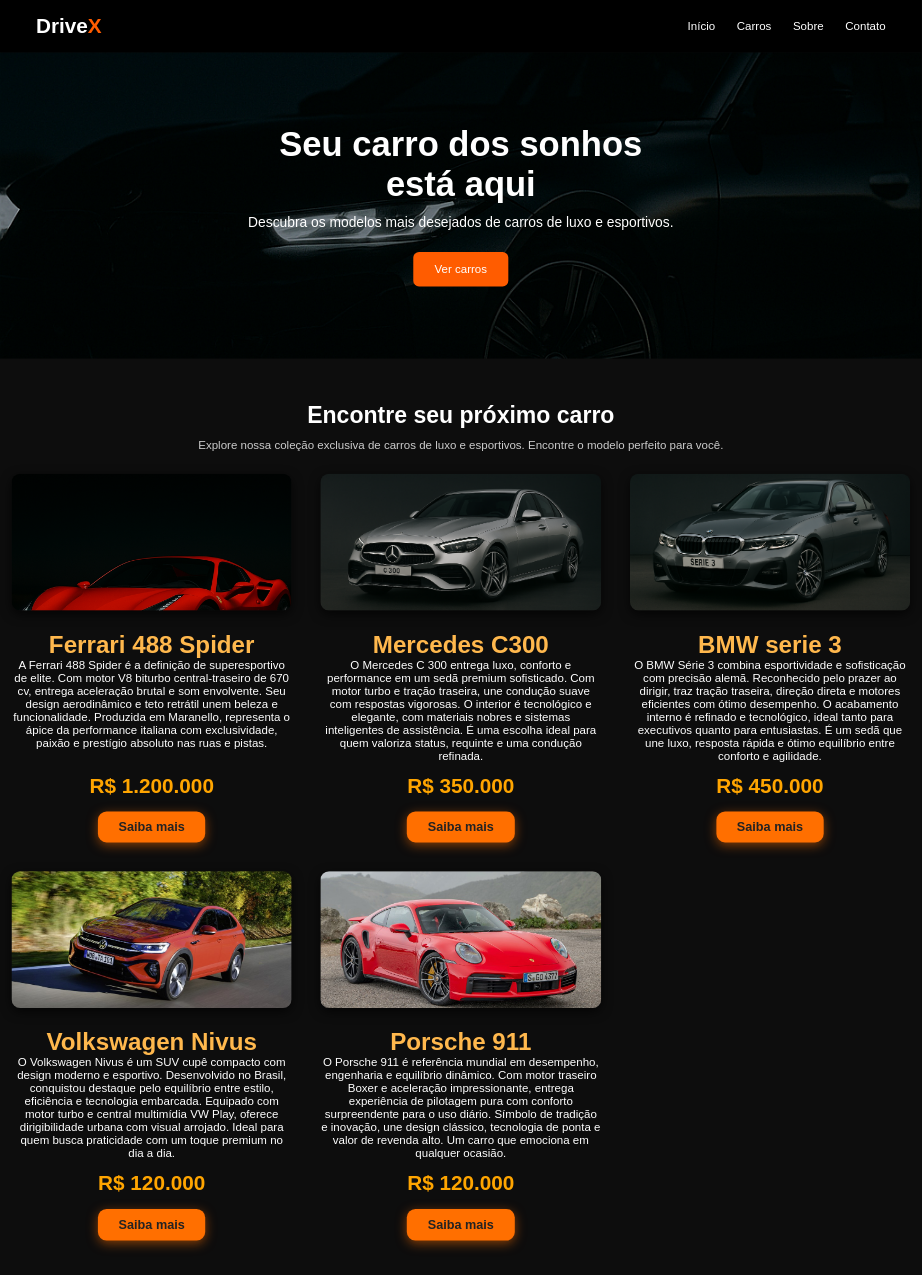
Repository: Mateushlp/DriveX
Page: index.html
The author's editor kept a copy of each file at every save. The page is drawn from the files as they stood at one save, then again after the next save.
The browser window is 1280 px wide. The pictures show the whole page, at 72% of full size.

Above is the page before, as saved 2025-06-23 22:23:23.

### index.html
<!DOCTYPE html>
<html lang="pt-br">
<head>
  <meta charset="UTF-8" />
  <meta name="viewport" content="width=device-width, initial-scale=1.0"/>
  <title>DriveX</title>
  <link rel="stylesheet" href="style.css" />
</head>
<body>
  <header>
    <div class="logo">Drive<span>X</span></div>
    <nav>
      <ul>
        <li><a href="#">Início</a></li>
        <li><a href="#">Carros</a></li>
        <li><a href="#">Sobre</a></li>
        <li><a href="#">Contato</a></li>
      </ul>
    </nav>
  </header>

  <section class="hero">
    <div class="hero-content">
      <h1>Seu carro dos sonhos<br>está aqui</h1>
      <p>Descubra os modelos mais desejados de carros de luxo e esportivos.</p>
      <button onclick="scrollToCars()">Ver carros</button>
    </div>
  </section>

  <section class="intro">
    <h2>Encontre seu próximo carro</h2>
    <p>Explore nossa coleção exclusiva de carros de luxo e esportivos. Encontre o modelo perfeito para você.</p>
  </section>

  <section id="carros" class="grid-carro">
    <div class="card-carro">
      <img src="./img/ferrari.png" alt="Ferrari 488 Spider" />
      <h3>Ferrari 488 Spider</h3>
      <p>A Ferrari 488 Spider é a definição de superesportivo de elite. Com motor V8 biturbo central-traseiro de 670 cv, entrega aceleração brutal e som envolvente. Seu design aerodinâmico e teto retrátil unem beleza e funcionalidade. Produzida em Maranello, representa o ápice da performance italiana com exclusividade, paixão e prestígio absoluto nas ruas e pistas.</p>
      <strong>R$ 1.200.000</strong>
      <button class="btn-detalhes" data-modelo="Ferrari 488 Spider">Saiba mais</button>
    </div>

    <div class="card-carro">
      <img src="./img/ChatGPT Image 19 de jun. de 2025, 23_14_08.png" alt="Mercedes C300" />
      <h3>Mercedes C300</h3>
      <p>O Mercedes C 300 entrega luxo, conforto e performance em um sedã premium sofisticado. Com motor turbo e tração traseira, une condução suave com respostas vigorosas. O interior é tecnológico e elegante, com materiais nobres e sistemas inteligentes de assistência. É uma escolha ideal para quem valoriza status, requinte e uma condução refinada.</p>
      <strong>R$ 350.000</strong>
      <button class="btn-detalhes" data-modelo="Mercedes C300">Saiba mais</button>
    </div>

    <div class="card-carro">
      <img src="./img/serie 3.png" alt="BMW serie 3" />
      <h3>BMW serie 3</h3>
      <p>O BMW Série 3 combina esportividade e sofisticação com precisão alemã. Reconhecido pelo prazer ao dirigir, traz tração traseira, direção direta e motores eficientes com ótimo desempenho. O acabamento interno é refinado e tecnológico, ideal tanto para executivos quanto para entusiastas. É um sedã que une luxo, resposta rápida e ótimo equilíbrio entre conforto e agilidade.</p>
      <strong>R$ 450.000</strong>
      <button class="btn-detalhes" data-modelo="BMW serie 3">Saiba mais</button>
    </div>

    <div class="card-carro">
      <img src="./img/nivus.jpg" alt="Volkswagen Nivus" />
      <h3>Volkswagen Nivus</h3>
      <p>O Volkswagen Nivus é um SUV cupê compacto com design moderno e esportivo. Desenvolvido no Brasil, conquistou destaque pelo equilíbrio entre estilo, eficiência e tecnologia embarcada. Equipado com motor turbo e central multimídia VW Play, oferece dirigibilidade urbana com visual arrojado. Ideal para quem busca praticidade com um toque premium no dia a dia.</p>
      <strong>R$ 120.000</strong>
      <button class="btn-detalhes" data-modelo="nivus">Saiba mais</button>
    </div>

    <div class="card-carro">
      <img src="./img/Porsche-911.jpg" alt="Porsche 911" />
      <h3>Porsche 911</h3>
      <p>O Porsche 911 é referência mundial em desempenho, engenharia e equilíbrio dinâmico. Com motor traseiro Boxer e aceleração impressionante, entrega experiência de pilotagem pura com conforto surpreendente para o uso diário. Símbolo de tradição e inovação, une design clássico, tecnologia de ponta e valor de revenda alto. Um carro que emociona em qualquer ocasião.</p>
      <strong>R$ 120.000</strong>
      <button class="btn-detalhes" data-modelo="911">Saiba mais</button>
    </div>
  </section>

  <div id="modal-detalhes" class="modal">
    <div class="modal-content">
      <span id="fechar-modal" class="fechar">&times;</span>
      <h2 id="titulo-modal"></h2>
      <img id="img-modal" src="" alt="" style="max-width: 100%; border-radius: 10px; margin-bottom: 1rem;" />
      <p id="descricao-modal"></p>
      <strong id="preco-modal"></strong>
    </div>
  </div>

  <script src="script.js"></script>
</body>
</html>

### style.css
* {
  margin: 0;
  padding: 0;
  box-sizing: border-box;
}

body {
  font-family: 'Arial', sans-serif;
  background-color: #0d0d0d;
  color: #fff;
}

header {
  display: flex;
  justify-content: space-between;
  align-items: center;
  padding: 20px 50px;
  background-color: #000;
}

.logo {
  font-size: 1.8rem;
  font-weight: bold;
}

.logo span {
  color: #ff5c00;
}

nav ul {
  list-style: none;
  display: flex;
  gap: 30px;
}

nav a {
  color: #fff;
  text-decoration: none;
  font-size: 1rem;
}

.hero {
  background-image: url('img/fundo carrodo sonho.png');
  background-size: cover;
  background-position: center;
  padding: 100px 20px;
  text-align: center;
}

.hero-content h1 {
  font-size: 3rem;
  font-weight: bold;
  margin-bottom: 15px;
}

.hero-content p {
  font-size: 1.2rem;
  margin-bottom: 30px;
}

.hero-content button {
  background-color: #ff5c00;
  border: none;
  padding: 15px 30px;
  font-size: 1rem;
  color: #fff;
  border-radius: 8px;
  cursor: pointer;
}

.intro {
  text-align: center;
  padding: 60px 20px 30px;
}

.intro h2 {
  font-size: 2rem;
  margin-bottom: 15px;
}

.intro p {
  font-size: 1rem;
  color: #ccc;
}

.grid-carro {
  display: grid;
  grid-template-columns: repeat(auto-fill, minmax(320px, 1fr));
  gap: 2.5rem;
  padding: 0 1rem 3rem;
  align-items: stretch; /* força as células da grid terem mesma altura */
}

/* Cards de carro */
.card-carro {
  display: flex;
  flex-direction: column;
  align-items: center;
  height: 100%; /* faz o card ocupar toda altura da célula */
}

.card-carro:hover {
  transform: translateY(-8px);
  box-shadow: 0 12px 35px rgba(255, 111, 0, 0.5);
}

.card-carro img {
  width: 100%;
  max-height: 190px; /* Limita a altura */
  object-fit: cover;
  border-radius: 12px;
  margin-bottom: 1.2rem;
  box-shadow: 0 5px 15px rgba(0,0,0,0.7);
}

.card-carro h3 {
  font-size: 2.1rem;
  color: #ffb84d;
  margin-top: 0.6rem;
  text-align: center;
}

.card-carro p {
  flex-grow: 1;
  text-align: center;
}

.card-carro strong {
  font-size: 1.8rem;
  color: #ffa500;
  margin: 1rem 0 1.2rem 0;
  font-weight: 900;
  text-align: center;
}

/* Botão Saiba Mais */
.btn-detalhes {
  background-color: #ff6f00;
  color: #222;
  border: none;
  padding: 0.7rem 1.8rem;
  border-radius: 12px;
  cursor: pointer;
  font-weight: 700;
  font-size: 1.1rem;
  transition: background-color 0.3s ease;
  box-shadow: 0 4px 15px rgba(255, 111, 0, 0.5);
}

.btn-detalhes:hover {
  background-color: #ff9100;
  box-shadow: 0 6px 22px rgba(255, 145, 0, 0.8);
}

/* Modal */
.modal {
  display: none;
  position: fixed;
  z-index: 9999;
  left: 0;
  top: 0;
  width: 100%;
  height: 100%;
  background-color: rgba(18, 18, 18, 0.85);
  justify-content: center;
  align-items: center;
  overflow-y: auto;
  padding: 2rem 1rem;
}

.modal-content {
  background: #2a2a2a;
  padding: 2.5rem;
  border-radius: 20px;
  max-width: 600px;
  text-align: center;
  box-shadow: 0 10px 40px rgba(255, 111, 0, 0.7);
  color: #fff;
  position: relative;
}

.fechar {
  position: absolute;
  top: 20px;
  right: 25px;
  font-size: 2.6rem;
  cursor: pointer;
  color: #ff6f00;
  transition: color 0.3s ease;
}

.fechar:hover {
  color: #ffa040;
}

### script.js
function scrollToCars() {
  document.getElementById('carros').scrollIntoView({ behavior: 'smooth' });
}

const modal = document.getElementById("modal-detalhes");
const fecharModal = document.getElementById("fechar-modal");
const tituloModal = document.getElementById("titulo-modal");
const imgModal = document.getElementById("img-modal");
const descricaoModal = document.getElementById("descricao-modal");
const precoModal = document.getElementById("preco-modal");

const carrosDados = {
  "Ferrari 488 Spider": {
    descricao: "A Ferrari 488 Spider combina desempenho excepcional com design italiano sofisticado. Equipada com um motor V8 biturbo de 670 cv, atinge 0 a 100 km/h em apenas 3 segundos. É um conversível que oferece emoção pura e luxo absoluto.",
    preco: "R$ 1.200.000",
    img: "./img/ferrari.png",
  },
  "Mercedes C300": {
    descricao: "Luxo, tecnologia e performance. Motor turbo de 258cv, interior com acabamento premium, painel digital MBUX, assistente de voz e iluminação ambiente. Segurança com frenagem automática e piloto adaptativo.",
    preco: "R$ 350.000",
    img: "./img/ChatGPT Image 19 de jun. de 2025, 23_14_08.png",
  },
  "BMW serie 3": {
    descricao: "Design esportivo e tecnologia de ponta. Motor turbo de 258cv, tração traseira, câmbio automático de 8 marchas e modos de condução inteligentes. Interior refinado com tela curva, assistente pessoal e conectividade total. Dirigibilidade e conforto que definem o segmento premium.",
    preco: "R$ 450.000",
    img: "./img/serie 3.png",
  },
  "nivus": {
    descricao: "O Volkswagen Nivus é um crossover compacto com design coupé, desenvolvido no Brasil e lançado em 2020. Ele se destaca pelo visual moderno e pela tecnologia embarcada, como o painel Active Info Display e a central multimídia VW Play",
    preco: "R$ 120.000",
    img: "./img/nivus.jpg",
  },
  "911": {
    descricao: "Suspensão adaptativa PASM, motor boxer biturbo com equilíbrio perfeito, tração traseira ou integral, modo Wet para segurança em chuva, interior esportivo com luxo discreto e acabamento premium Porsche, Ícone mundial com DNA de competição, direção precisa e visceral, carroceria aerodinâmica para máxima estabilidade, painel com tradição e tecnologia, desempenho brutal com elegância, feito para quem valoriza exclusividade real.",
    preco: "R$ 120.000",
    img: "./img/Porsche-911.jpg",
  },
};

function abrirModal(modelo) {
  const dados = carrosDados[modelo];
  if (dados) {
    tituloModal.textContent = modelo;
    descricaoModal.textContent = dados.descricao;
    precoModal.textContent = dados.preco;
    imgModal.src = dados.img;
    imgModal.alt = modelo;
    modal.classList.add("show");
    modal.style.display = "flex";
    modal.animate([{ opacity: 0 }, { opacity: 1 }], { duration: 300, fill: "forwards" });
  }
}

function fecharModalFunc() {
  const anim = modal.animate([{ opacity: 1 }, { opacity: 0 }], { duration: 300, fill: "forwards" });
  anim.onfinish = () => {
    modal.style.display = "none";
    modal.classList.remove("show");
  };
}

document.querySelectorAll(".btn-detalhes").forEach((button) => {
  button.addEventListener("click", () => {
    abrirModal(button.dataset.modelo);
  });
});

if (fecharModal) {
  fecharModal.addEventListener("click", fecharModalFunc);
}

window.addEventListener("click", (e) => {
  if (e.target === modal) {
    fecharModalFunc();
  }
});

After the next save:
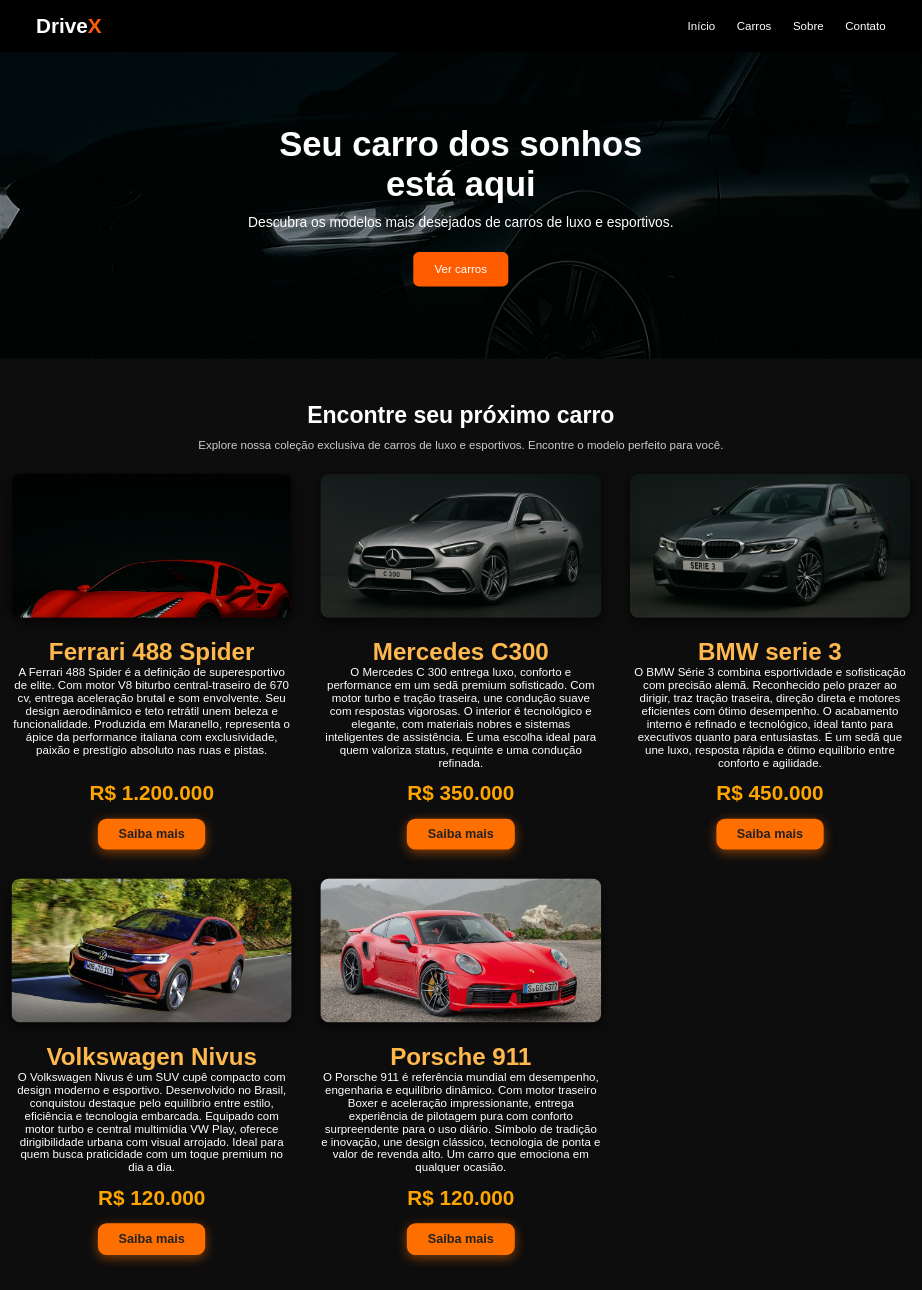
Saved 5 s later.
--- a/style.css
+++ b/style.css
@@ -106,7 +106,7 @@
 
 .card-carro img {
   width: 100%;
-  max-height: 190px; /* Limita a altura */
+  max-height: 200px; /* Limita a altura */
   object-fit: cover;
   border-radius: 12px;
   margin-bottom: 1.2rem;
